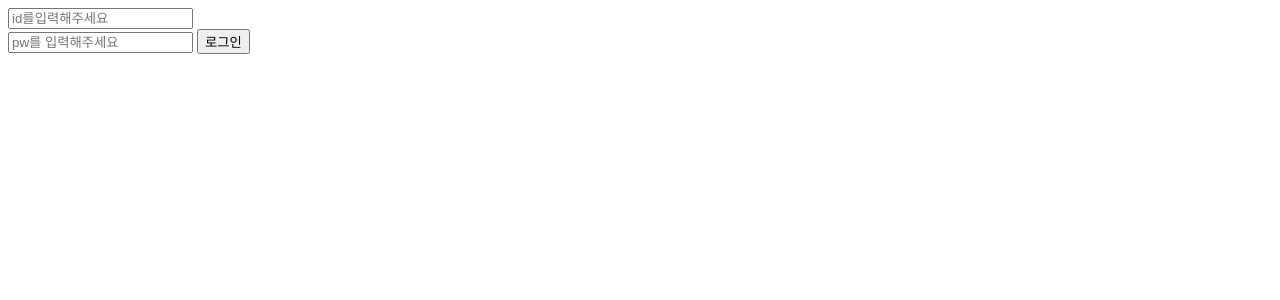
Repository: rmh6363/javastudy
Page: HelloWorld/WebContent/c.html
These files come from the project's save history. The page is drawn as it stood at one moment and after the next save; the edit follows.
The browser window is 1280 px wide. The pictures show the whole page.

Above is the page before, as saved 2020-12-04 06:31:56.

### HelloWorld/WebContent/c.html
<!DOCTYPE html>
<html>
<head>
<meta charset="UTF-8">
<title>Insert title here</title>
</head>
<body>
<form action="http://www.naver.com" method="get">
<input type="text" placeholder="id를입력해주세요">
<br>
<input type="password" placeholder="pw를 입력해주세요">
<input type="submit" value="로그인">



</form>

</body>
</html>

After the next save:
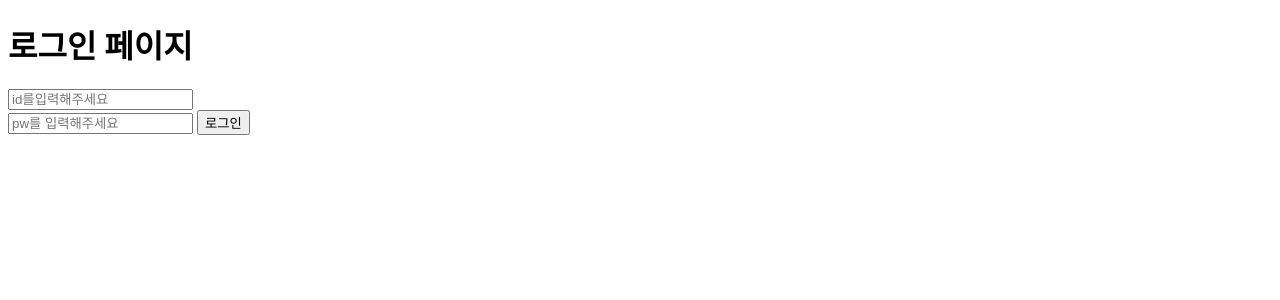
Saved 21 min 28 s later.
--- a/HelloWorld/WebContent/c.html
+++ b/HelloWorld/WebContent/c.html
@@ -5,6 +5,7 @@
 <title>Insert title here</title>
 </head>
 <body>
+<h1>로그인 페이지</h1>
 <form action="http://www.naver.com" method="get">
 <input type="text" placeholder="id를입력해주세요">
 <br>
